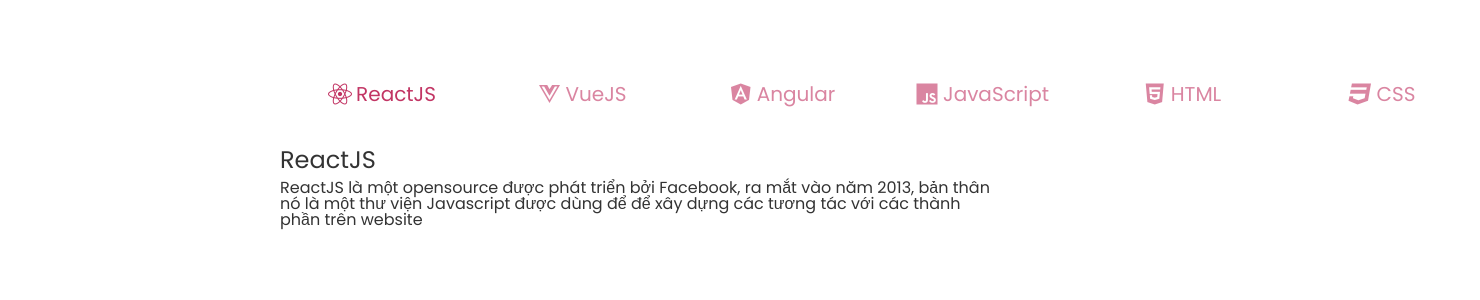
Repository: HoangLong0210/TabsUI
Page: index.html
An editor plug-in stored every save of this project. The page is shown before and after the next save, followed by the edit.
The browser window is 1280 px wide. The page is 1480 px wide, then 1360 px, so the pictures cover 1480 px, including what lies to the right of the window. The pictures show the whole page.

Above is the page before, as saved 2022-05-17 15:14:20.

### index.html
<!DOCTYPE html>
<html lang="en">
<head>
    <meta charset="UTF-8">
    <meta http-equiv="X-UA-Compatible" content="IE=edge">
    <meta name="viewport" content="width=device-width, initial-scale=1.0">
    <title>Tabs UI</title>
    <link rel="stylesheet" href="./reset.css" />
    <link rel="stylesheet" href="./style.css" />
    <link rel="preconnect" href="https://fonts.googleapis.com" />
    <link
      href="https://fonts.googleapis.com/css2?family=Poppins:ital,wght@0,300;0,400;1,700&display=swap"
      rel="stylesheet"
    />
    <link rel="stylesheet" href="https://cdnjs.cloudflare.com/ajax/libs/font-awesome/5.15.2/css/all.min.css" integrity="sha512-HK5fgLBL+xu6dm/Ii3z4xhlSUyZgTT9tuc/hSrtw6uzJOvgRr2a9jyxxT1ely+B+xFAmJKVSTbpM/CuL7qxO8w==" crossorigin="anonymous" />
</head>
<body>
    <div>
        <!-- tabs item -->
    <div class="tabs">
        <div class="tab__item active">
            <i class="fab fa-react"></i>ReactJS
        </div>
        <div class="tab__item">
            <i class="fab fa-vuejs"></i>VueJS
        </div>
        <div class="tab__item">
            <i class="fab fa-angular"></i>Angular
        </div>
        <div class="tab__item">
            <i class="fab fa-js"></i>JavaScript
        </div>
        <div class="tab__item">
            <i class="fab fa-html5"></i>HTML
        </div>
        <div class="tab__item">
            <i class="fab fa-css3"></i>CSS
        </div>
        <div class="line"></div>
    </div>


    <!-- tabs content -->
    <div class="content">
        <div class="content__description active">
            <h2>ReactJS</h2>
            <p>ReactJS là một opensource được phát triển bởi Facebook, ra mắt vào năm 2013, bản thân nó là một thư viện Javascript được dùng để để xây dựng các tương tác với các thành phần trên website</p>
        </div>
        <div class="content__description">
            <h2>VueJS</h2>
            <p>VueJS là một framework linh động dùng để xây dựng giao diện người dùng. Khác với các framework nguyên khối, Vue được thiết kế từ đầu theo hướng cho phép và khuyến khích việc phát triển ứng dụng theo các bước</p>
        </div>
        <div class="content__description">
            <h2>Angular</h2>
            <p>Angular là một JavaScript framework dùng để viết giao diện web (Front-end), được phát triển bởi Google</p>
        </div>
        <div class="content__description">
            <h2>JS</h2>
            <p>JS là một ngôn ngữ lập trình thông dịch được phát triển từ các ý niệm nguyên mẫu</p>
        </div>
        <div class="content__description">
            <h2>HTML</h2>
            <p>HTML là một ngôn ngữ đánh dấu được thiết kế ra để tạo nên các trang web trên World Wide Web. Nó có thể được trợ giúp bởi các công nghệ như CSS và các ngôn ngữ kịch bản giống như JavaScript</p>
        </div>
        <div class="content__description">
            <h2>CSS</h2>
            <p>CSS là chữ viết tắt của Cascading Style Sheets, nó là một ngôn ngữ được sử dụng để tìm và định dạng lại các phần tử được tạo ra bởi các ngôn ngữ đánh dấu (HTML)</p>
        </div>
    </div>
    </div>
</body>
</html>

### style.css
* {
  padding: 0;
  margin: 0;
  box-sizing: border-box;
}

html {
  font-size: 62.5%;
}

body {
  display: flex;
  font-family: "Poppins", sans-serif;
  font-size: 1.6rem;
}

body > div {
  margin: 5% auto 0;
  max-width: 720px;
}

.tabs {
  display: flex;
  position: relative;
}

.tabs .line {
  position: absolute;
  left: 0;
  bottom: 0;
  width: 0;
  height: 6px;
  border-radius: 15px;
  background-color: #c23564;
  transition: all 0.2s ease;
}

.tab__item {
  min-width: 20rem;
  padding: 16px 20px 11px 20px;
  font-size: 2rem;
  text-align: center;
  color: #c23564;
  background-color: #fff;
  border-top-left-radius: 5px;
  border-top-right-radius: 5px;
  border-bottom: 5px solid transparent;
  opacity: 0.6;
  cursor: pointer;
  transition: all 0.5s ease;
}

.fab {
  font-size: 24px;
  width: 32px;
  position: relative;
  top: 2px;
}


.tab__item:hover {
  opacity: 1;
  background-color: rgba(194, 53, 100, 0.05);
  border-color: rgba(194, 53, 100, 0.1);
}

.tab__item.active {
  opacity: 1;
}

.content {
  padding: 28px 0;
}

.content__description {
  color: #333;
  display: none;
}

.content__description.active {
  display: block;
}

.content__description h2 {
  font-size: 24px;
  margin-bottom: 8px;
}

Loaded but not shown: reset.css (common file)

After the next save:
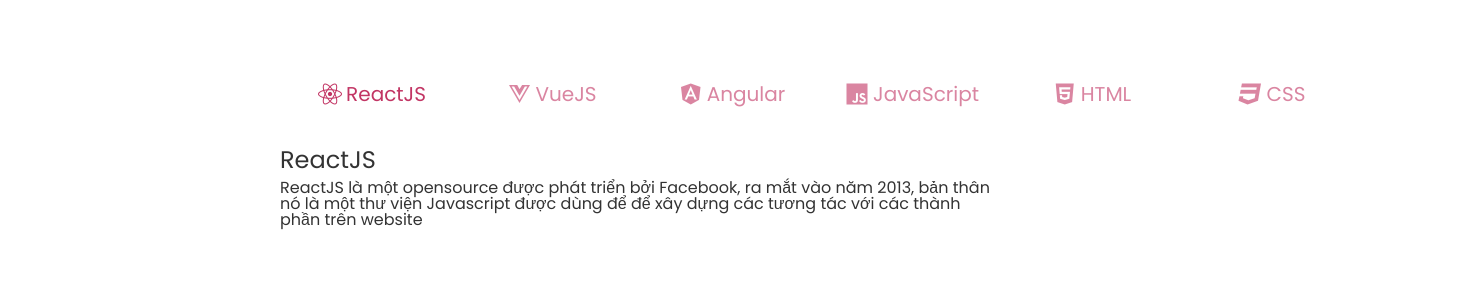
Saved 19 s later.
--- a/style.css
+++ b/style.css
@@ -36,7 +36,7 @@
 }
 
 .tab__item {
-  min-width: 20rem;
+  min-width: 18rem;
   padding: 16px 20px 11px 20px;
   font-size: 2rem;
   text-align: center;
